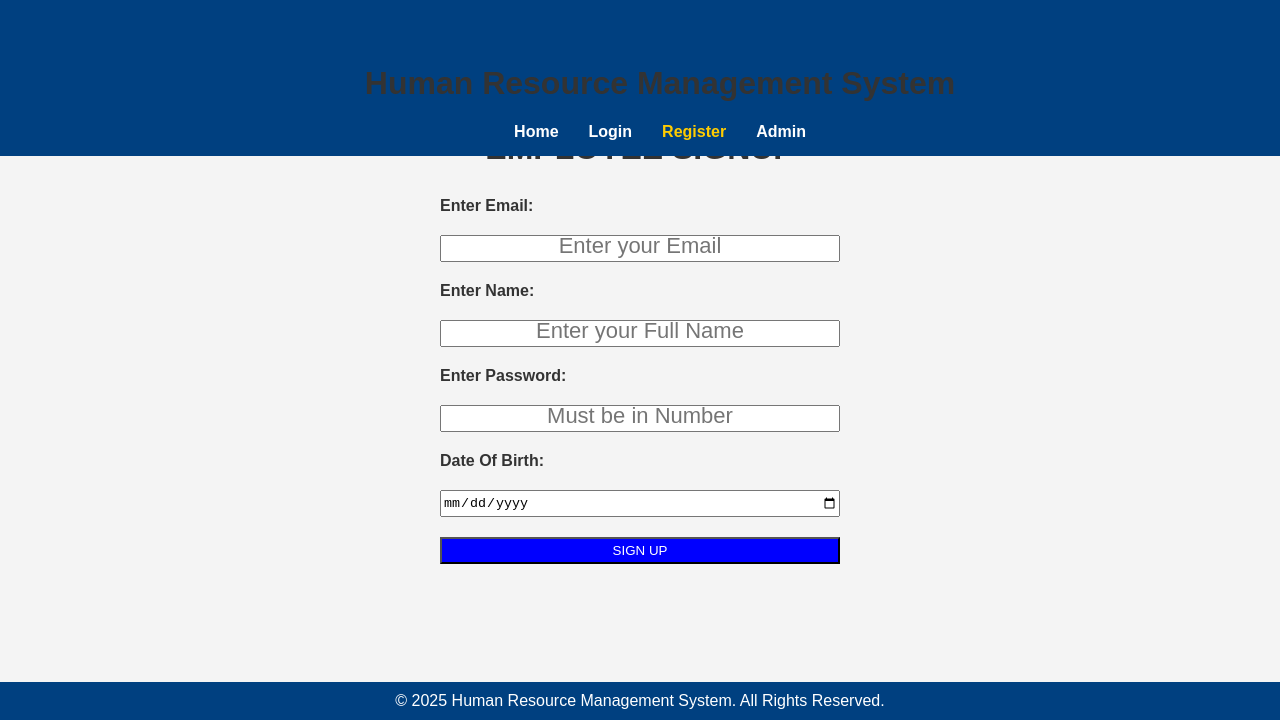
Repository: bhavyasrikandukuri/HRMS-Project
Page: http://localhost/Human_Resource_Management/signup.jsp
These files come from the project's save history. The page is drawn as it stood at one moment and after the next save; the edit follows.
The browser window is 1280 px wide. The pictures show the whole page.
The page is served by Tomcat 9.

Above is the page before, as saved 2025-12-06 07:46:18.

After the next save:
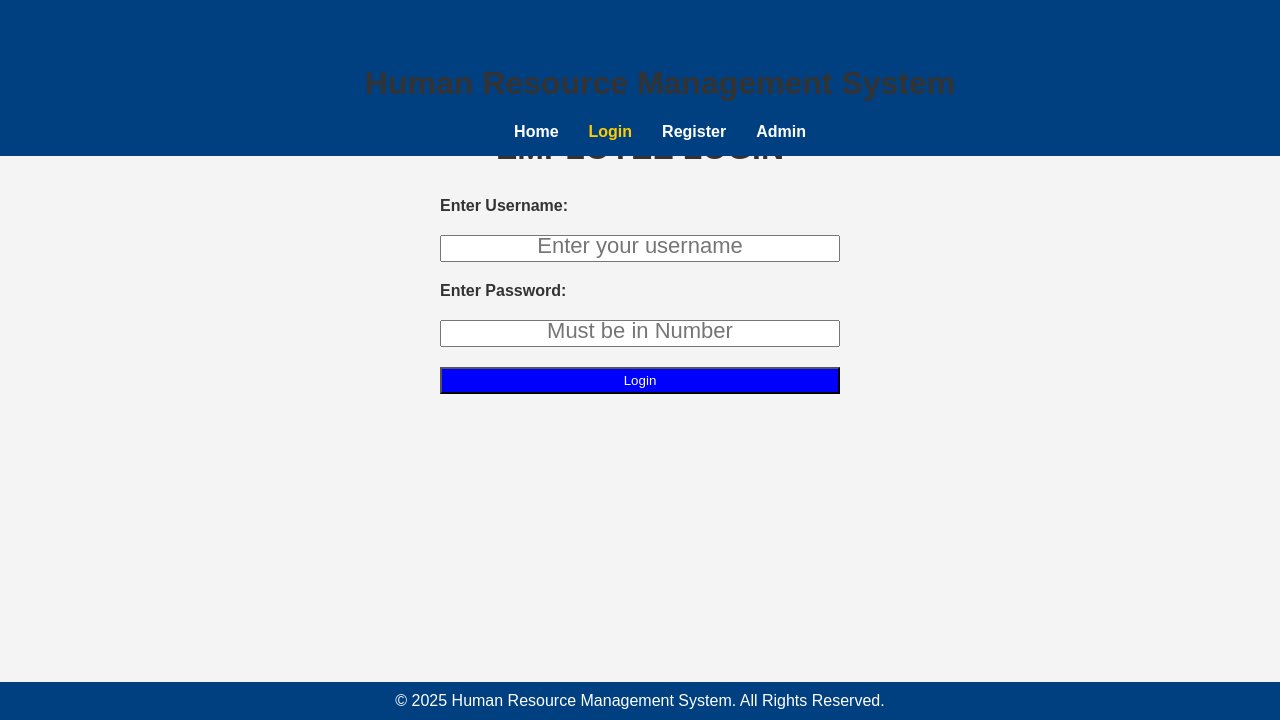
Saved 67 s later.
--- a/Human Resource Management/WebContent/signup.jsp
+++ b/Human Resource Management/WebContent/signup.jsp
@@ -6,7 +6,7 @@
 
 <html>
 <head>
-<title>Employee Signup</title>
+<title>Employee Login</title>
 <meta charset="ISO-8859-1">
 <style>
 body {
@@ -73,7 +73,7 @@ form {
     margin-top: 30px;
 }
 
-form > input, form > select {
+form > input {
     height: 27px;
     width: 400px;
 }
@@ -107,29 +107,23 @@ footer {
     <nav>
         <ul>
             <li><a href="home.jsp">Home</a></li>
-            <li><a href="loginemployee.jsp">Login</a></li>
-            <li class="active"><a href="signup.jsp">Register</a></li>
+            <li class="active"><a href="loginemployee.jsp">Login</a></li>
+            <li><a href="signup.jsp">Register</a></li>
             <li><a href="loginadmin.jsp">Admin</a></li>
         </ul>
     </nav>
 </header>
 
-<h1>EMPLOYEE SIGNUP</h1>
+<h1>EMPLOYEE LOGIN</h1>
 
-<form action="signupe" method="post">
-    <label>Enter Email:</label>
-    <input type="text" name="username" placeholder="Enter your Email">
-
-    <label>Enter Name:</label>
-    <input type="text" name="name" placeholder="Enter your Full Name">
+<form action="employeelogin" method="post">
+    <label>Enter Username:</label>
+    <input type="text" name="username" placeholder="Enter your username">
 
     <label>Enter Password:</label>
     <input type="password" name="password" placeholder="Must be in Number">
 
-    <label>Date Of Birth:</label>
-    <input type="date" name="date" min="1945-01-01" max="2030-12-31">
-
-    <input type="submit" style="background-color: blue; color:white;" value="SIGN UP">
+    <input type="submit" style="background-color: blue; color:white;" value="Login">
 </form>
 
 <footer>
